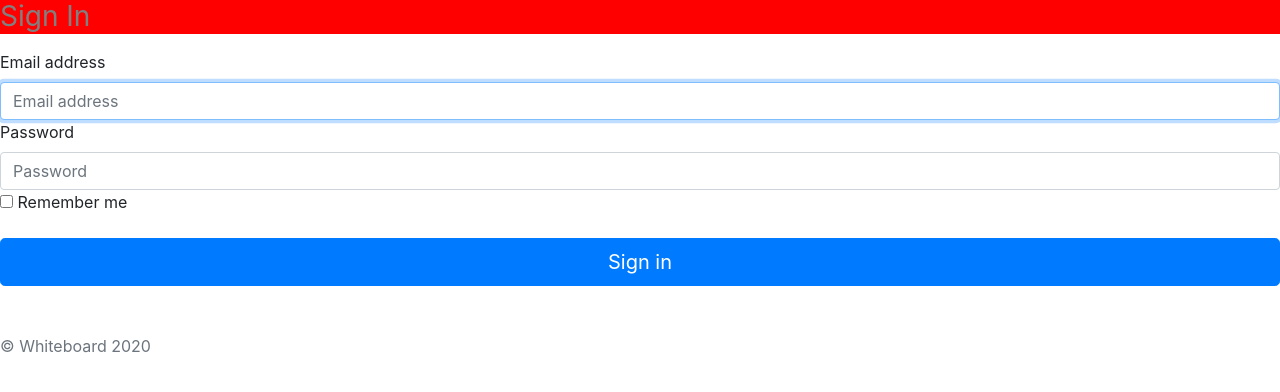
Repository: tinawu0603/cs4550-sp2020-whiteboard-springboot
Page: whiteboard/src/main/webapp/login/login.template.client.html
These files come from the project's save history. The page is drawn as it stood at one moment and after the next save; the edit follows.
The browser window is 1280 px wide. The pictures show the whole page.

Above is the page before, as saved 2020-01-15 22:18:06.

After the next save:
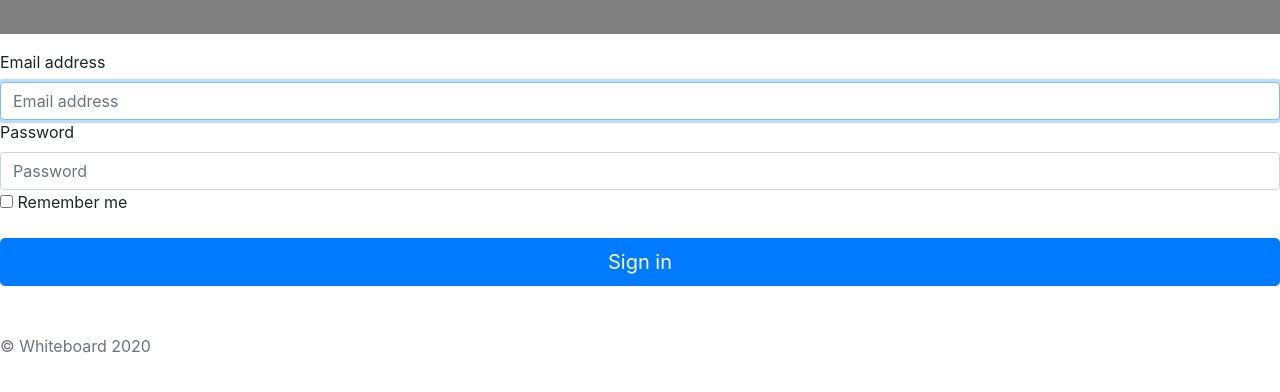
Saved 8 s later.
--- a/whiteboard/src/main/webapp/css/styles.css
+++ b/whiteboard/src/main/webapp/css/styles.css
@@ -2,5 +2,5 @@
 
 h1 {
 	color: gray;
-	background-color: red;
+	background-color: gray;
 }
